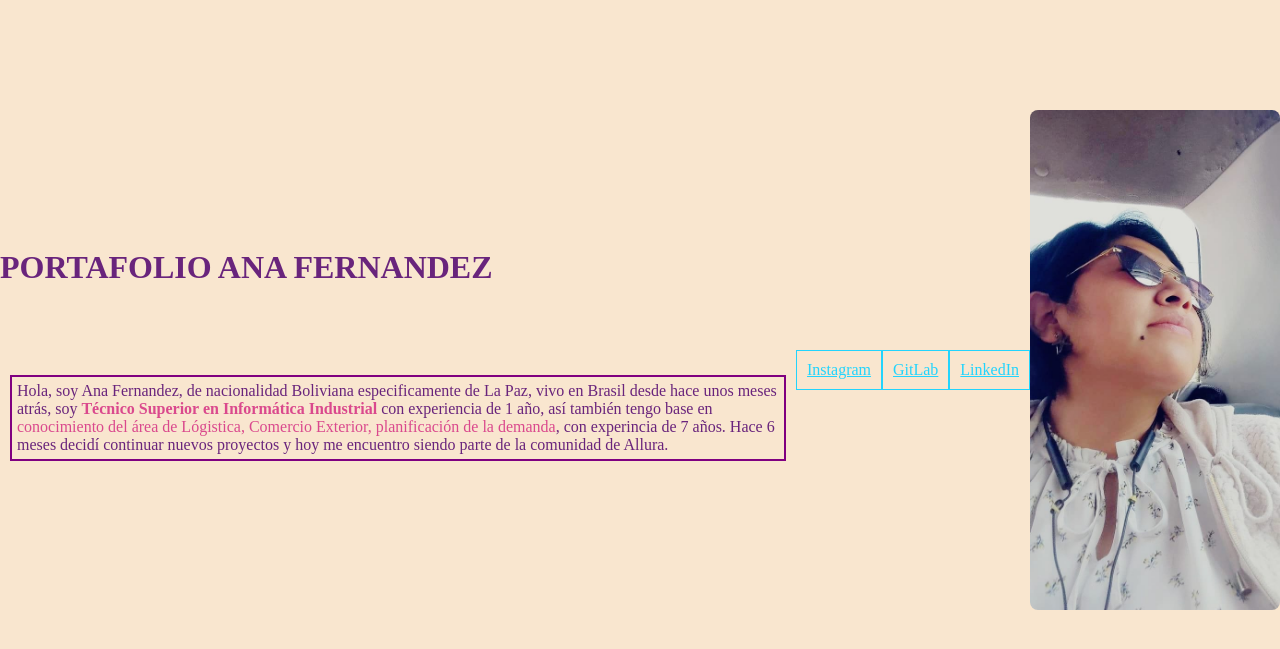
Repository: AnaFzCz/PROYECTOS-HTML---CSS2
Page: Portafolio/index.html
The author's editor kept a copy of each file at every save. The page is drawn from the files as they stood at one save, then again after the next save.
The browser window is 1280 px wide. The pictures show the whole page.

Above is the page before, as saved 2025-01-25 06:21:22.

After the next save:
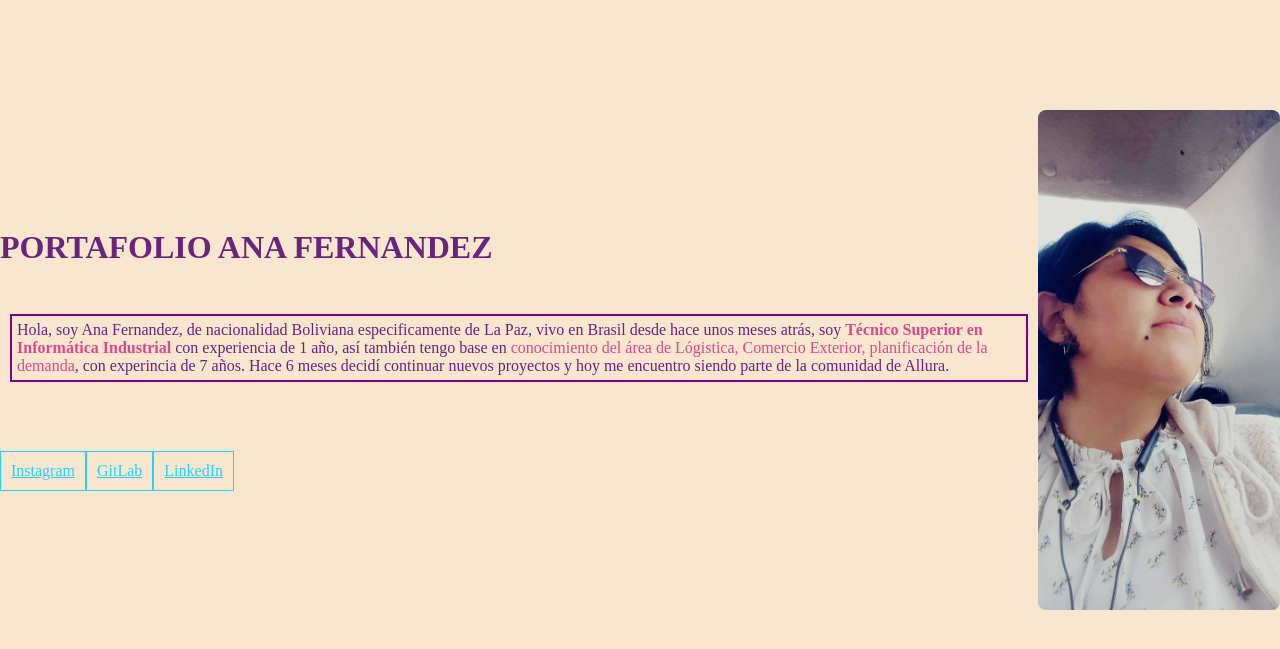
Saved 46 s later.
--- a/Portafolio/index.html
+++ b/Portafolio/index.html
@@ -21,20 +21,20 @@
                 experiencia de 1 año, así también tengo base en <span>conocimiento del área de Lógistica, Comercio
                     Exterior, planificación de la demanda</span>, con experincia de 7 años. Hace 6 meses decidí
                 continuar nuevos proyectos y hoy me encuentro siendo parte de la comunidad de Allura.</p>
+
+
+
+            <a class="bot" href="https://instagram.com/anafzcz">Instagram</a>
+            <a class="bot" href="https://github.com/AnaFzCz">GitLab</a>
+            <a class="bot" href="https://linkedin.com/in/ana-fernandez-cruz-238787124">LinkedIn</a>
+            <br>
+            <br>
+
         </div>
 
-
-        <a class="bot" href="https://instagram.com/anafzcz">Instagram</a>
-        <a class="bot" href="https://github.com/AnaFzCz">GitLab</a>
-        <a class="bot" href="https://linkedin.com/in/ana-fernandez-cruz-238787124">LinkedIn</a>
-        <br>
-        <br>
+        <img src="mindfullness.jpg" alt="myself" style="width:250px;height: 500px;">
 
 
-        <div>
-            <img src="mindfullness.jpg" alt="myself" style="width:250px;height: 500px;">
-
-        </div>
 
     </main>
     <footer></footer>
